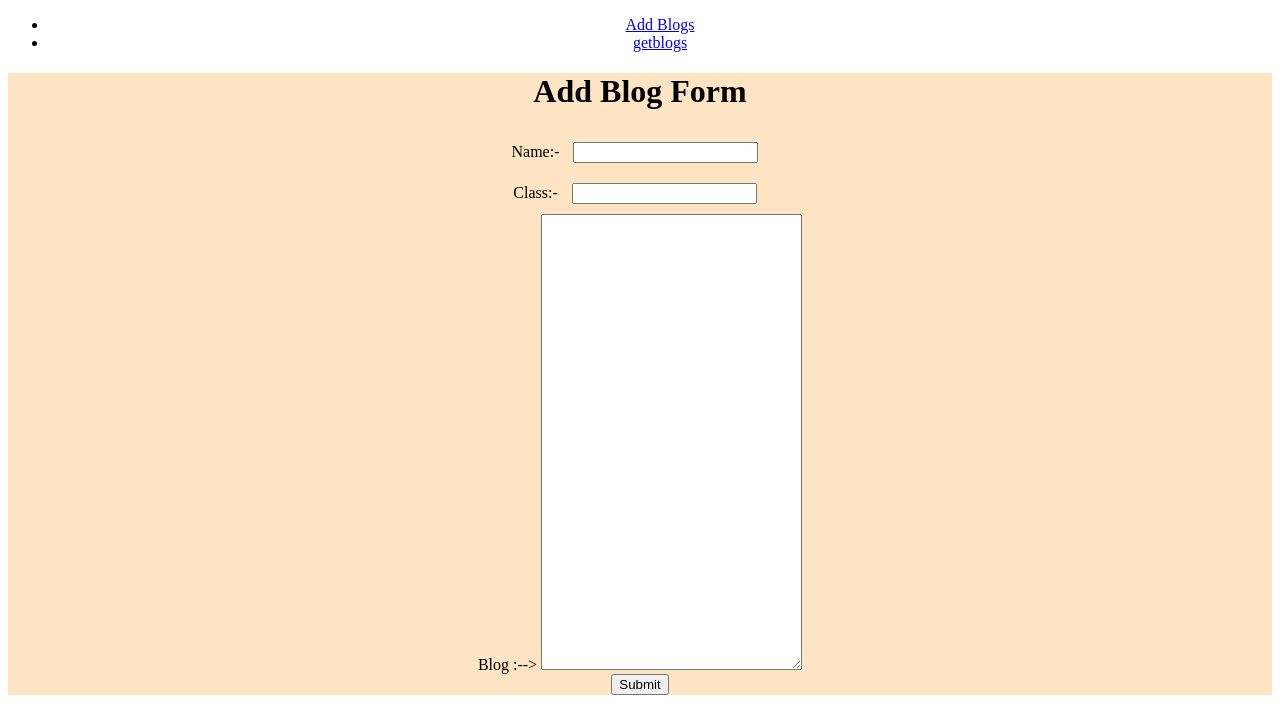
Repository: Sanskriti002/ExpressToDo
Page: public/index.html
These files come from the project's save history. The page is drawn as it stood at one moment and after the next save; the edit follows.
The browser window is 1280 px wide. The pictures show the whole page.

Above is the page before, as saved 2024-03-13 11:57:04.

After the next save:
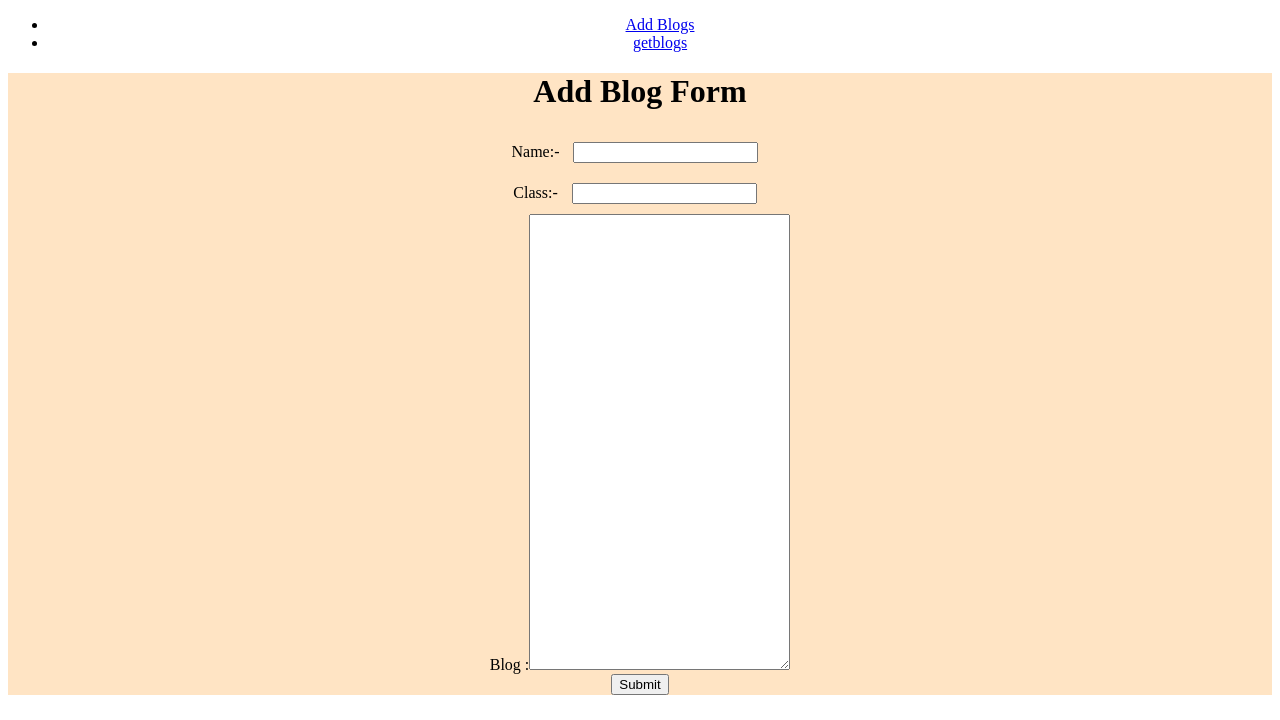
Saved 10 s later.
--- a/public/index.html
+++ b/public/index.html
@@ -27,7 +27,7 @@
         <label for="Class">Class:-</label>
         <input type="text" name="Class" id="Class"><br>
 
-        Blog :--> <textarea name="blog" id="blog" cols="30" rows="30"></textarea><br>
+        Blog :<textarea name="blog" id="blog" cols="30" rows="30"></textarea><br>
 
         <button>Submit</button>
 
